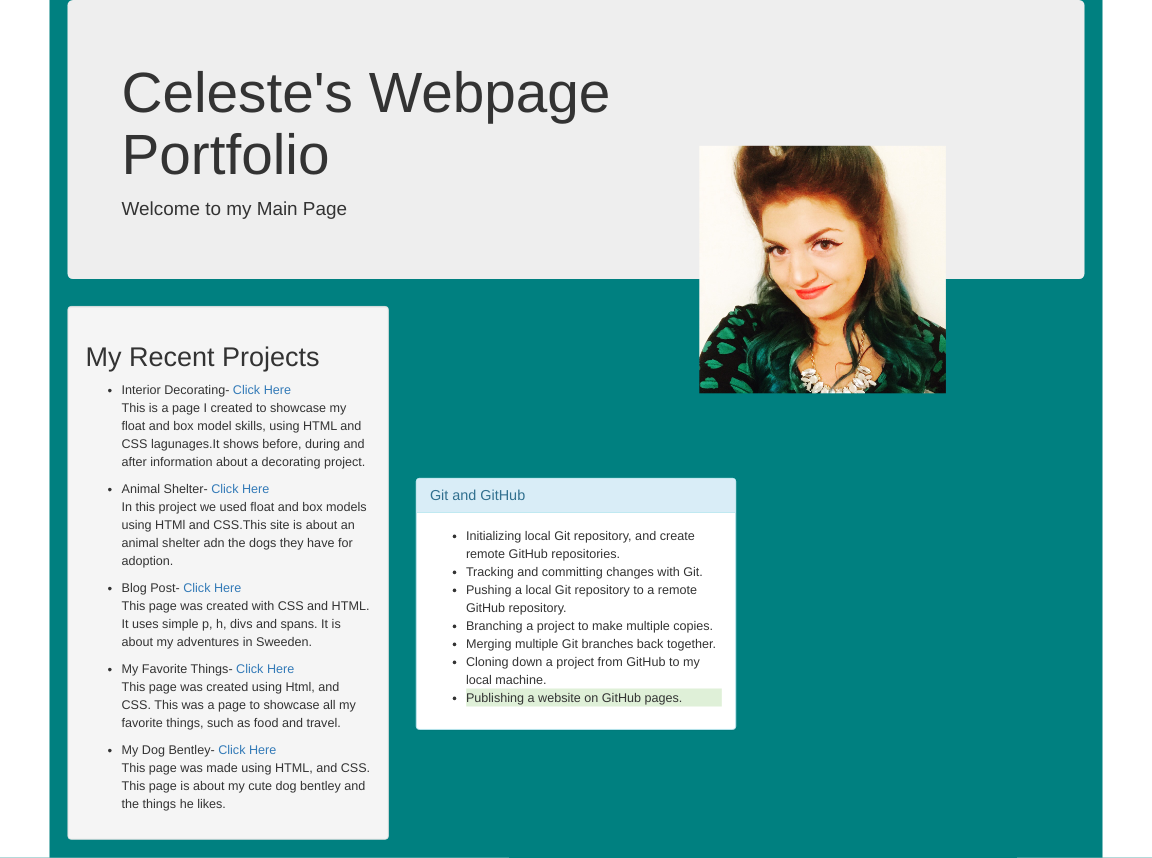
Repository: fieldceleste/portfolio-celeste
Page: portfolio-celeste.html
These files come from the project's save history. The page is drawn as it stood at one moment and after the next save; the edit follows.
The browser window is 1280 px wide. The pictures show the whole page, at 90% of full size.

Above is the page before, as saved 2019-11-01 22:12:29.

After the next save:
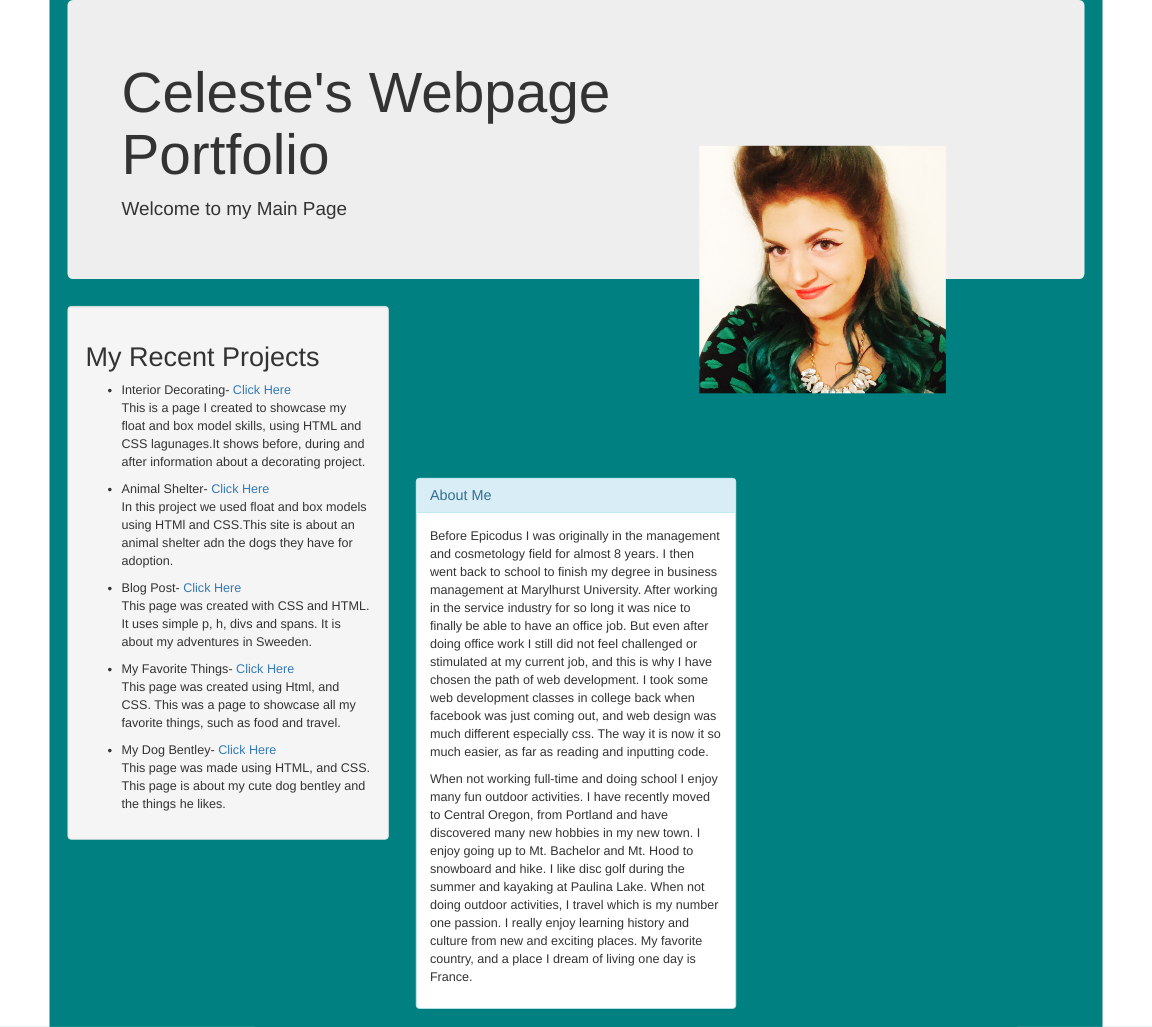
Saved 32 min 57 s later.
--- a/portfolio-celeste.html
+++ b/portfolio-celeste.html
@@ -25,27 +25,17 @@
               </div>
             </div>
             <div class="col-md-4">
-                    <div class="panel panel-info">
-                      <div class="panel-heading">
-                        <h2 class="panel-title">Git and GitHub</h2>
-                      </div>
+              <div class="panel panel-info">
+                <div class="panel-heading">
+                  <h2 class="panel-title">About Me</h2>
+                    </div>
                       <div class="panel-body">
-                        <ul>
-                          <li>Initializing local Git repository, and create remote GitHub repositories.</li>
-                          <li>Tracking and committing changes with Git.</li>
-                          <li>Pushing a local Git repository to a remote GitHub repository.</li>
-                          <li>Branching a project to make multiple copies.</li>
-                          <li>Merging multiple Git branches back together.</li>
-                          <li>Cloning down a project from GitHub to my local machine.</li>
-                          <li class="bg-success">Publishing a website on GitHub pages.</li>
-                        </ul>
+                        <p>Before Epicodus I was originally in the management and cosmetology field for almost 8 years. I then went back to school to finish my degree in business management at Marylhurst University. After working in the service industry for so long it was nice to finally be able to have an office job. But even after doing office work I still did not feel challenged or stimulated at my current job, and this is why I have chosen the path of web development. I took some web development classes in college back when facebook was just coming out, and web design was much different especially css.  The way it is now it so much easier, as far as reading and inputting code. </p>
+
+                        <p>When not working full-time and doing school I enjoy many fun outdoor activities. I have recently moved to Central Oregon, from Portland and have discovered many new hobbies in my new town.  I enjoy going up to Mt. Bachelor and Mt. Hood to snowboard and hike. I like disc golf during the summer and kayaking at Paulina Lake. When not doing outdoor activities, I travel which is my number one passion. I really enjoy learning history and culture from new and exciting places. My favorite country, and a place I dream of living one day is France. </p>
                       </div>
                     </div>
                   </div>
 
-
-
-
-
-  </body>
+    </body>
 </html>
